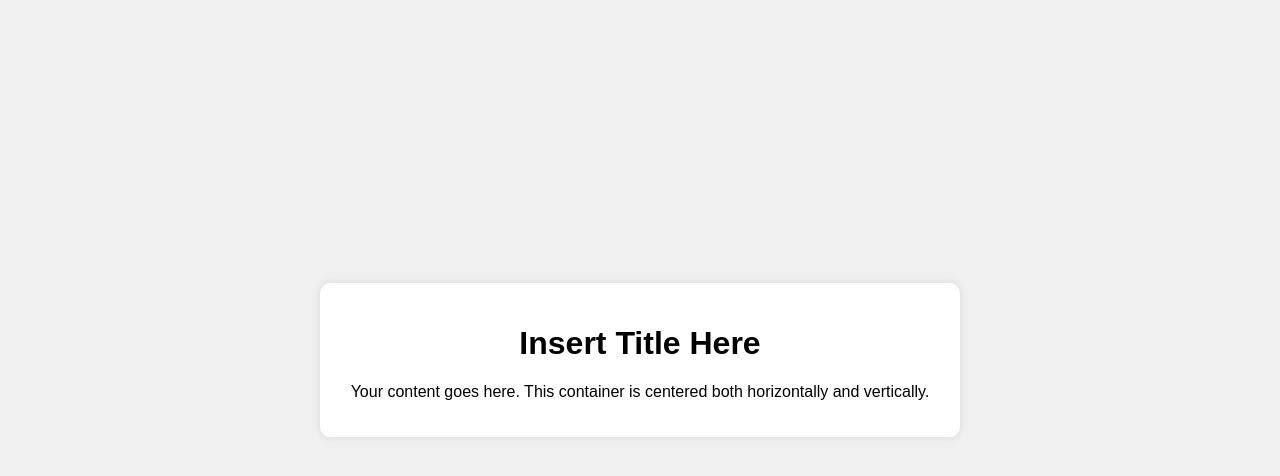
Repository: ANGELEDU141/TAREAWEBEWJASJDASJ
Page: http://localhost/JAVAWEBTAREA/WEB-INF/views/definicion.jsp
These files come from the project's save history. The page is drawn as it stood at one moment and after the next save; the edit follows.
The browser window is 1280 px wide. The pictures show the whole page.
The page is served by Tomcat 9. Nobody is signed in. Other server files are loaded and not shown. The template is opened directly, without the code that normally fills it, so the values that code supplies are empty.

Above is the page before, as saved 2024-09-01 04:59:15.

### JAVAWEBTAREA/src/main/webapp/WEB-INF/views/definicion.jsp
<%@ page language="java" contentType="text/html; charset=UTF-8"
    pageEncoding="UTF-8"%>
<!DOCTYPE html>
<html>
<head>
<meta charset="UTF-8">
<title>Insert title here</title>
</head>
<style>
    body {
        margin: 0;
        padding: 0;
        height: 100vh;
        display: flex;
        justify-content: center; /* Centra horizontalmente */
        align-items: center; /* Centra verticalmente */
        font-family: Arial, sans-serif;
        background-color: #f0f0f0;
    }
    .container {
        width: 50%;
        max-width: 600px;
        padding: 20px;
        background-color: white;
        box-shadow: 0px 0px 10px rgba(0, 0, 0, 0.1);
        text-align: center;
        border-radius: 10px;
    }
</style>
</head>
<body>
    <div class="container">
        <h1>Insert Title Here</h1>
        <p>Your content goes here. This container is centered both horizontally and vertically.</p>
    </div>
</body>

After the next save:
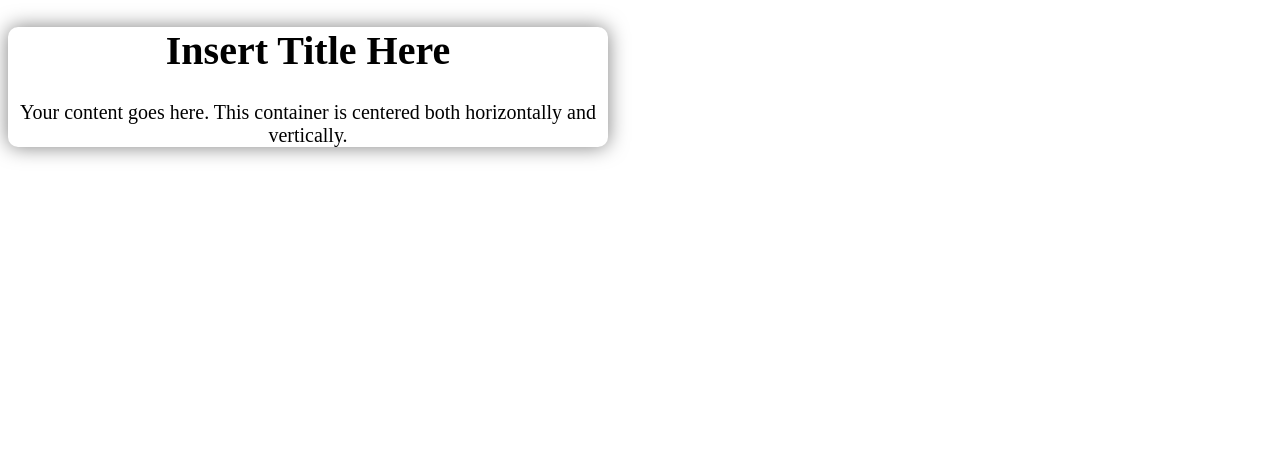
Saved 3 min 53 s later.
--- a/JAVAWEBTAREA/src/main/webapp/WEB-INF/views/definicion.jsp
+++ b/JAVAWEBTAREA/src/main/webapp/WEB-INF/views/definicion.jsp
@@ -8,23 +8,29 @@
 </head>
 <style>
     body {
+        body {
         margin: 0;
-        padding: 0;
+        padding: 60px;
         height: 100vh;
         display: flex;
+        align-items:center;
+         flex-direction: column;
         justify-content: center; /* Centra horizontalmente */
         align-items: center; /* Centra verticalmente */
         font-family: Arial, sans-serif;
-        background-color: #f0f0f0;
+		background: linear-gradient(to right, rgb(255, 255, 255), rgb(173, 216, 230), rgb(0, 128, 255));
+
     }
     .container {
-        width: 50%;
+
         max-width: 600px;
-        padding: 20px;
+
         background-color: white;
-        box-shadow: 0px 0px 10px rgba(0, 0, 0, 0.1);
+        box-shadow: 0px 0px 20px rgba(0, 0, 0, 0.5);
         text-align: center;
         border-radius: 10px;
+        font-size: 20px;
+
     }
 </style>
 </head>
